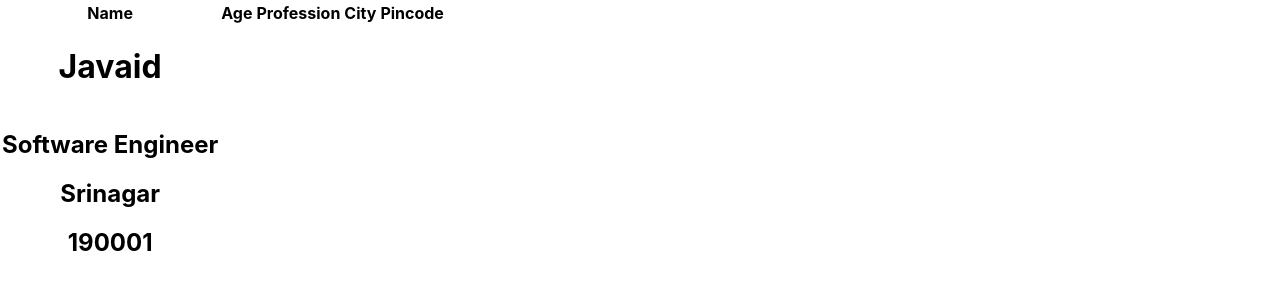
Repository: JavaidAhmadKhan/framer-motion-reacr
Page: /
These files come from the project's save history. The page is drawn as it stood at one moment and after the next save; the edit follows.
The browser window is 1280 px wide. The pictures show the whole page.
The project was rebuilt for these pictures with package versions that can differ from the ones it lists, and the page was loaded fresh each time.

Above is the page before, as saved 2022-05-19 17:33:27.

### src/App.js
import { Component } from "react";

import "./App.css";
class App extends Component {
  constructor() {
    console.log("constructor");
    super();
    console.log("super");
    this.state = {
      name: "Javaid",
      age: 30,
      profession: "Software Engineer",
      address: {
        city: "Srinagar",
        pincode: "190001",
      },
    };
  }

  render() {
    console.log("render");
    return (
      <div className="App">
        <table>
          <th>Name</th>
          <th>Age</th>
          <th>Profession</th>
          <th>City</th>
          <th>Pincode</th>
          <tr>
            <h1>{this.state.name}</h1>
          </tr>
          <h2>{this.state.profession}</h2>
          <h2>{this.state.address.city}</h2>
          <h2>{this.state.address.pincode}</h2>
        </table>
      </div>
    );
  }
}

export default App;

Loaded but not shown: public/index.html (common file); src/index.js (common file); src/index.css (common file); src/reportWebVitals.js (common file); src/App.css (common file)

After the next save:
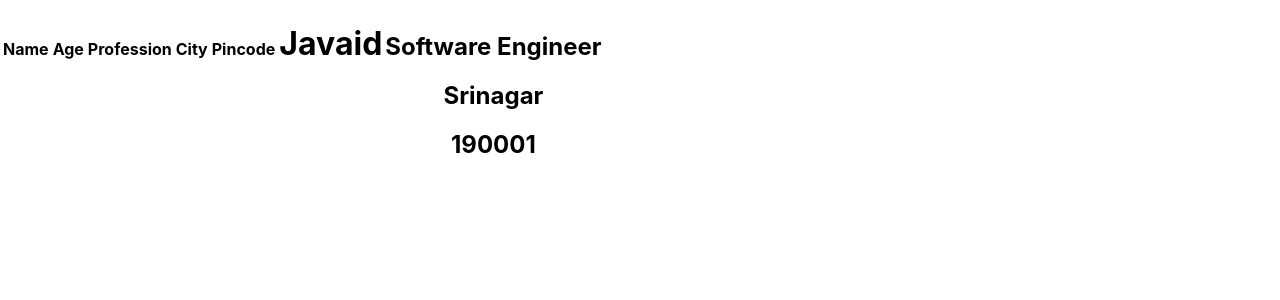
Saved 3 min 14 s later.
--- a/src/App.js
+++ b/src/App.js
@@ -27,9 +27,9 @@ class App extends Component {
           <th>Profession</th>
           <th>City</th>
           <th>Pincode</th>
-          <tr>
+          <td>
             <h1>{this.state.name}</h1>
-          </tr>
+          </td>
           <h2>{this.state.profession}</h2>
           <h2>{this.state.address.city}</h2>
           <h2>{this.state.address.pincode}</h2>
